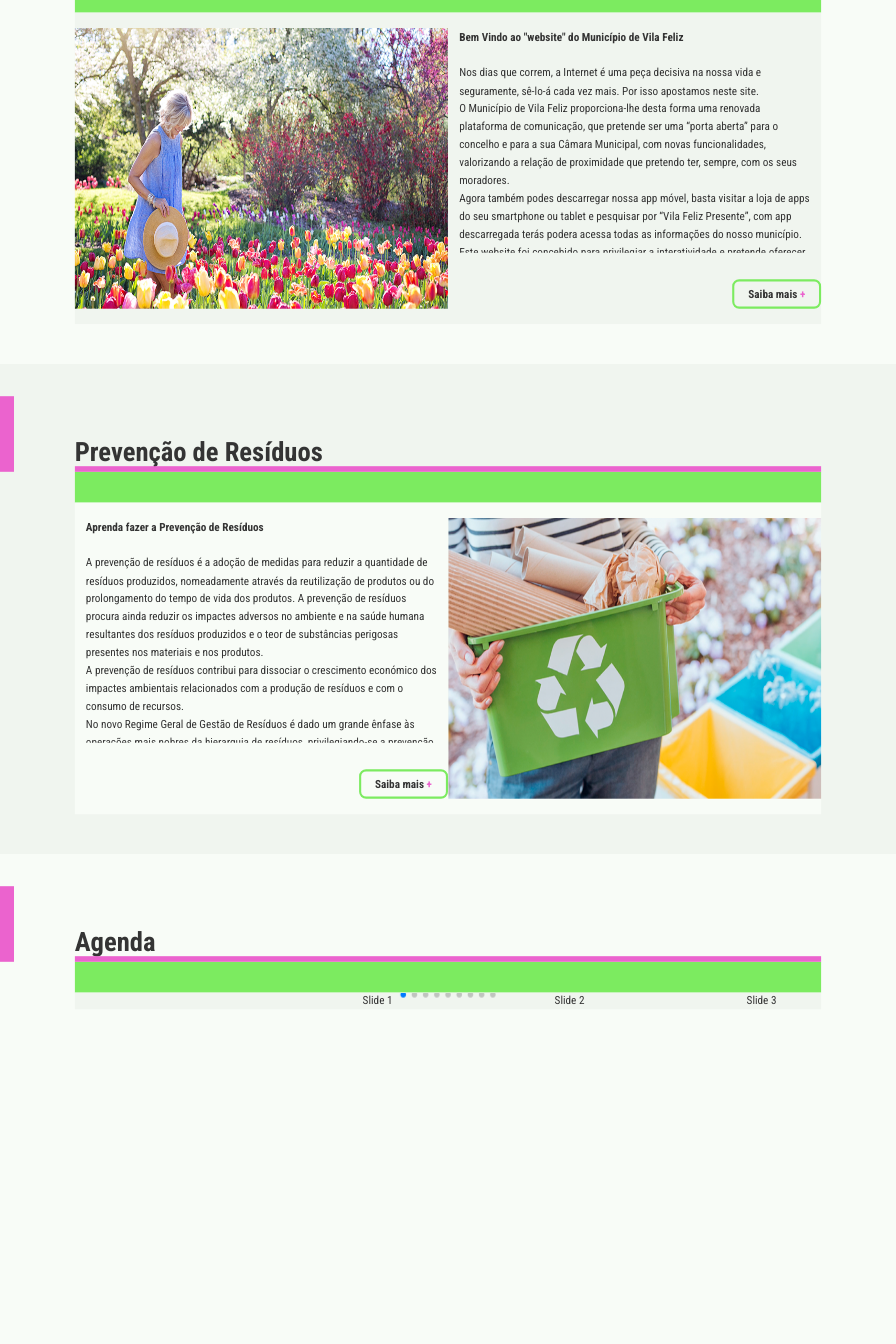
Repository: Goulart94/CmVilaFeliz
Page: index.html
An editor plug-in stored every save of this project. The page is shown before and after the next save, followed by the edit.
The browser window is 1280 px wide. The pictures show the part of the page from y = 3140 to 5060 px (the page is 5060 px tall), at 70% of full size.
The style sheet was rebuilt from its Sass, Less or Tailwind sources for each picture, by a compiler version that may differ from the author's.

Above is the page before, as saved 2022-05-16 10:57:35.

After the next save:
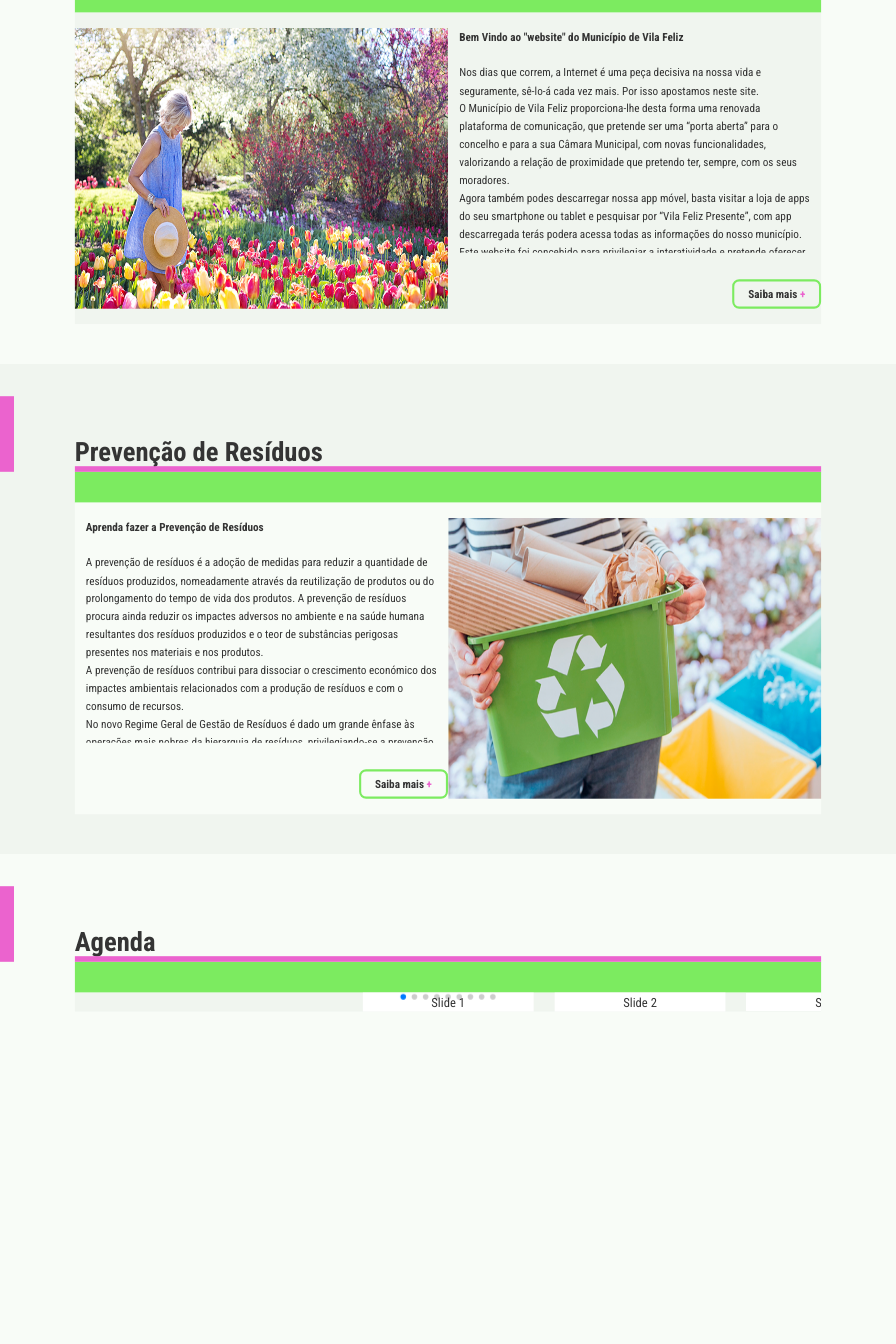
Saved 30 s later.
--- a/css/app.scss
+++ b/css/app.scss
@@ -466,3 +466,34 @@ body {
 
 
 }
+.swiper {
+  width: 100%;
+  height: 100%;
+}
+
+.swiper-slide {
+  text-align: center;
+  font-size: 18px;
+  background: #fff;
+
+  /* Center slide text vertically */
+  display: -webkit-box;
+  display: -ms-flexbox;
+  display: -webkit-flex;
+  display: flex;
+  -webkit-box-pack: center;
+  -ms-flex-pack: center;
+  -webkit-justify-content: center;
+  justify-content: center;
+  -webkit-box-align: center;
+  -ms-flex-align: center;
+  -webkit-align-items: center;
+  align-items: center;
+}
+
+.swiper-slide img {
+  display: block;
+  width: 100%;
+  height: 100%;
+  object-fit: cover;
+}
